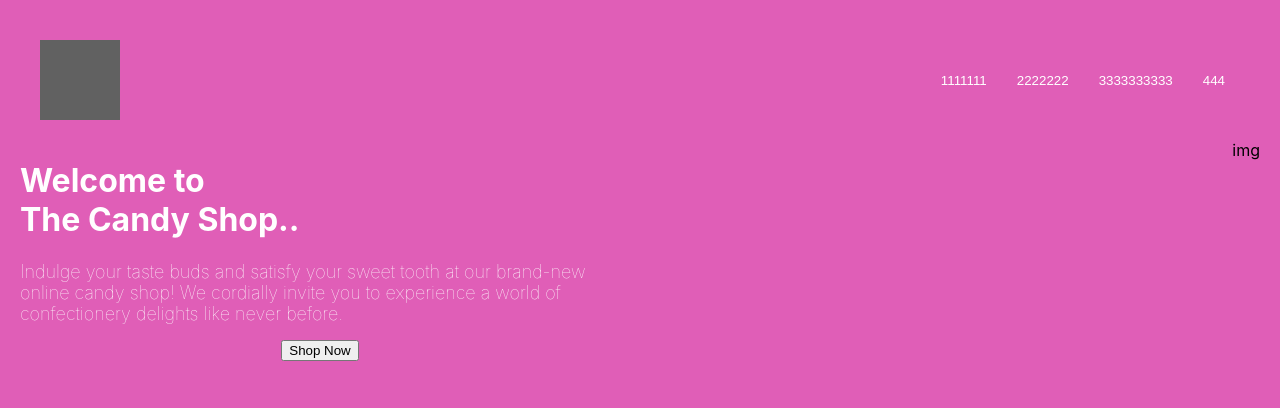
Repository: nika-otter/CandyShop
Page: /
The author's editor kept a copy of each file at every save. The page is drawn from the files as they stood at one save, then again after the next save.
The browser window is 1280 px wide. The pictures show the whole page.
Pictures or frames that could not be fetched are drawn as grey boxes. An inner scrolling area shows only its first screen. The project was rebuilt for these pictures with package versions that can differ from the ones it lists, and the page was loaded fresh each time.

Above is the page before, as saved 2023-06-11 09:49:02.

### src/App.js
import "./App.css";
import Main from "./Pages/Main";

function App() {
  return (
    <div className="App">
      <Main />
    </div>
  );
}

export default App;

### src/App.css
.App {
  text-align: center;
  /* scrollbar-width: none; */
}

.App-logo {
  height: 40vmin;
  pointer-events: none;
}

@media (prefers-reduced-motion: no-preference) {
  .App-logo {
    animation: App-logo-spin infinite 20s linear;
  }
}

.App-header {
  background-color: #282c34;
  min-height: 100vh;
  display: flex;
  flex-direction: column;
  align-items: center;
  justify-content: center;
  font-size: calc(10px + 2vmin);
  color: white;
}

.App-link {
  color: #61dafb;
}

@keyframes App-logo-spin {
  from {
    transform: rotate(0deg);
  }
  to {
    transform: rotate(360deg);
  }
}

### src/Pages/Main.jsx
import Cupcake from "../components/Cupcake";
import Map from "../components/Map";
import Reviews from "../components/Reviews";
import We from "../components/We";
import WhatWeDo from "../components/WhatWeDo";
import classes from "./Main.module.scss";

function Main() {
  return (
    <div className={classes.container}>
      <Cupcake />
      <We />
      <WhatWeDo />
      <Reviews />
      <Map />
    </div>
  );
}

export default Main;

### src/components/Cupcake.jsx
import classes from "./Cupcake.module.scss";
import Nav from "./Nav";
function Cupcake() {
  return (
    <div className={classes.container}>
      <Nav />
      <div className={classes.content}>
        <div className={classes.info}>
          <h1 className={classes.cupcake__title}>
            Welcome to
            <br />
            The Candy Shop..
          </h1>
          <h2 className={classes.cupcake__subtitle}>
            Indulge your taste buds and satisfy your sweet tooth at our
            brand-new online candy shop! We cordially invite you to experience a
            world of confectionery delights like never before.
          </h2>
          <button className={classes.cupcake__button}>Shop Now</button>
        </div>
        <div className={classes.cupcake}>img</div>
      </div>
    </div>
  );
}

export default Cupcake;

### src/components/Map.jsx
import classes from "./Map.module.scss";
function Map() {
  return <div className={classes.container}></div>;
}

export default Map;

### src/components/Reviews.jsx
import classes from "./Reviews.module.scss";
function Reviews() {
  return <div className={classes.container}>Reviews</div>;
}

export default Reviews;

### src/components/We.jsx
import classes from "./We.module.scss";
function We() {
  return <div className={classes.container}>We</div>;
}

export default We;

### src/components/WhatWeDo.jsx
import classes from "./WhatWeDo.module.scss";
function WhatWeDo() {
  return <div className={classes.container}>WhatWeDo</div>;
}

export default WhatWeDo;

### src/Pages/Main.module.scss
.container {
  height: 100vh;
  background-color: pink;
  scroll-snap-type: y mandatory;
  scroll-behavior: smooth;
  overflow-y: auto;
  scrollbar-width: none;
  &::-webkit-scrollbar {
    display: none;
  }
}

### src/components/Cupcake.module.scss
.container {
  height: 100vh;
  background-color: rgb(224, 94, 183);
  scroll-snap-align: center;
  max-width: 1400px;
  padding: 20px;
}
.content {
  display: flex;
  justify-content: space-between;
}
.info {
  width: 600px;
}
.cupcake__title {
  //   font-size: large;
  color: white;
  text-align: start;
}
.cupcake__subtitle {
  color: white;
  font-weight: 100;
  font-size: large;
  text-align: start;
}
.cupcake {
  //   width: 500vw;
}

### src/components/Nav.jsx
import classes from "./Nav.module.scss";
function Nav() {
  return (
    <nav className={classes.container}>
      <img
        src="https://cdn-icons-png.flaticon.com/512/1888/1888765.png"
        alt=""
      />
      <div>
        {" "}
        <button>1111111</button>
        <button>2222222</button>
        <button>3333333333</button>
        <button>444</button>
      </div>
    </nav>
  );
}

export default Nav;

### src/components/Map.module.scss
.container {
  height: 100vh;
  background-color: rgb(205, 127, 140);
  scroll-snap-align: center;
}

### src/components/Reviews.module.scss
.container {
  height: 100vh;
  background-color: pink;
  scroll-snap-align: center;
}

### src/components/We.module.scss
.container {
  height: 100vh;
  background-color: rgb(209, 183, 188);
  scroll-snap-align: center;
}

### src/components/WhatWeDo.module.scss
.container {
  height: 100vh;
  background-color: rgb(171, 116, 125);
  scroll-snap-align: center;
}

### src/components/Nav.module.scss
.container {
  display: flex;
  justify-content: space-between;
  padding: 20px;
  max-width: 1400px;
  align-items: center;
  img {
    width: 80px;
    height: 80px;
    filter: invert(100%);
  }
  button {
    background-color: transparent;
    border: none;
    cursor: pointer;
    padding: 5px;
    margin: 10px;
    color: white;
    &:hover {
      background-color: #f5f5f530;
      border-radius: 5px;
    }
  }
}

Loaded but not shown: public/index.html (common file); src/index.js (common file); src/index.css (common file)

After the next save:
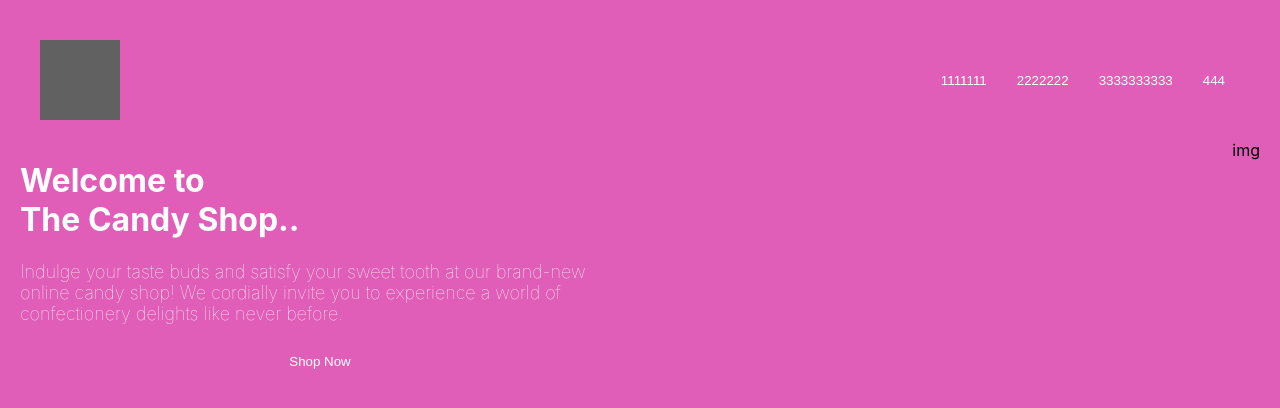
Saved 5 min 48 s later.
--- a/src/components/Cupcake.module.scss
+++ b/src/components/Cupcake.module.scss
@@ -11,6 +11,18 @@
 }
 .info {
   width: 600px;
+  button {
+    background-color: transparent;
+    border: none;
+    cursor: pointer;
+    padding: 5px;
+    margin: 10px;
+    color: white;
+    &:hover {
+      background-color: #f5f5f530;
+      border-radius: 5px;
+    }
+  }
 }
 .cupcake__title {
   //   font-size: large;
